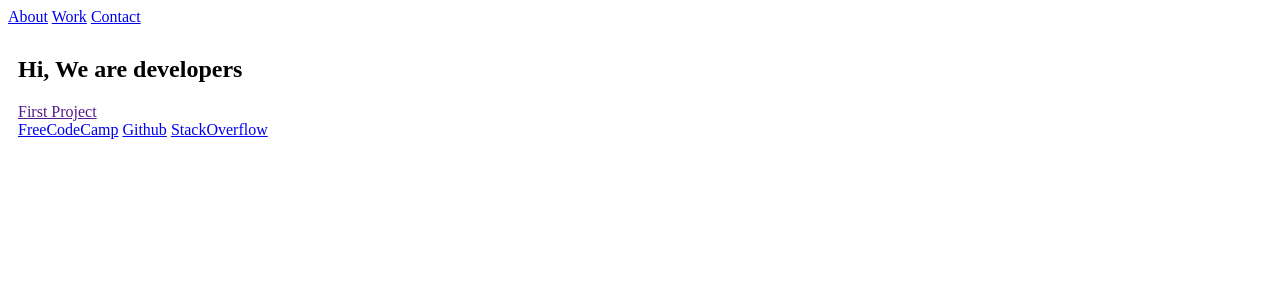
Repository: justicebhekani88/microverse_portfolio_project
Page: index.html
These files come from the project's save history. The page is drawn as it stood at one moment and after the next save; the edit follows.
The browser window is 1280 px wide. The pictures show the whole page.

Above is the page before, as saved 2022-07-21 14:37:00.
Not found: styles.css

After the next save:
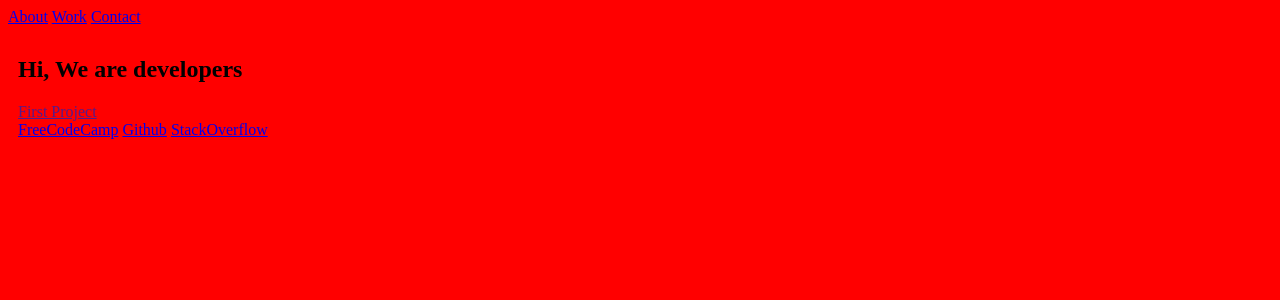
Saved 33 s later.
--- a/index.html
+++ b/index.html
@@ -5,7 +5,7 @@
     <meta charset="UTF-8">
     <meta http-equiv="X-UA-Compatible" content="IE=edge">
     <meta name="viewport" content="width=device-width, initial-scale=1.0">
-    <link rel="stylesheet" href="styles.css">
+    <link rel="stylesheet" href="style.css">
     <title>Portfolio Project</title>
 
     <style>
